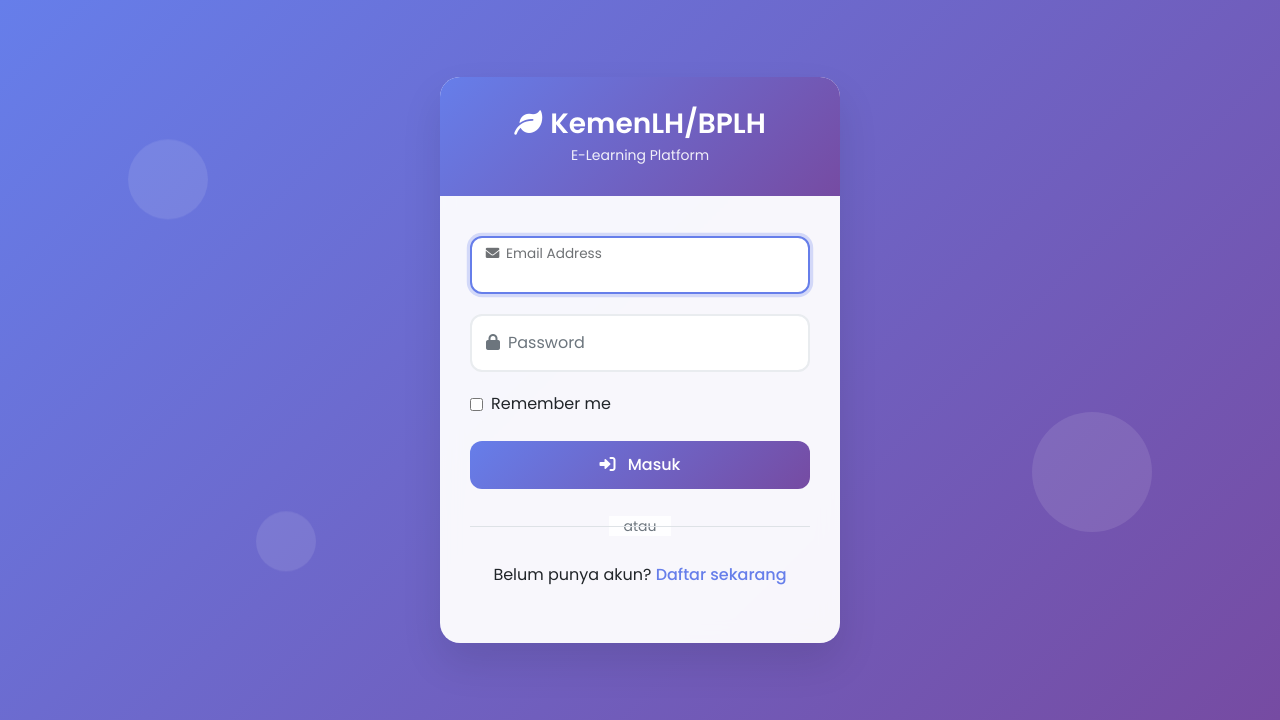
Repository: Autofat/LMS-MOOC
Page: http://localhost/login
These files come from the project's save history. The page is drawn as it stood at one moment and after the next save; the edit follows.
The browser window is 1280 px wide. The pictures show the whole page.
The page is served by the project's Laravel application, run on PHP 8.4 with Laravel 12.

Above is the page before, as saved 2025-08-01 10:02:51.

After the next save:
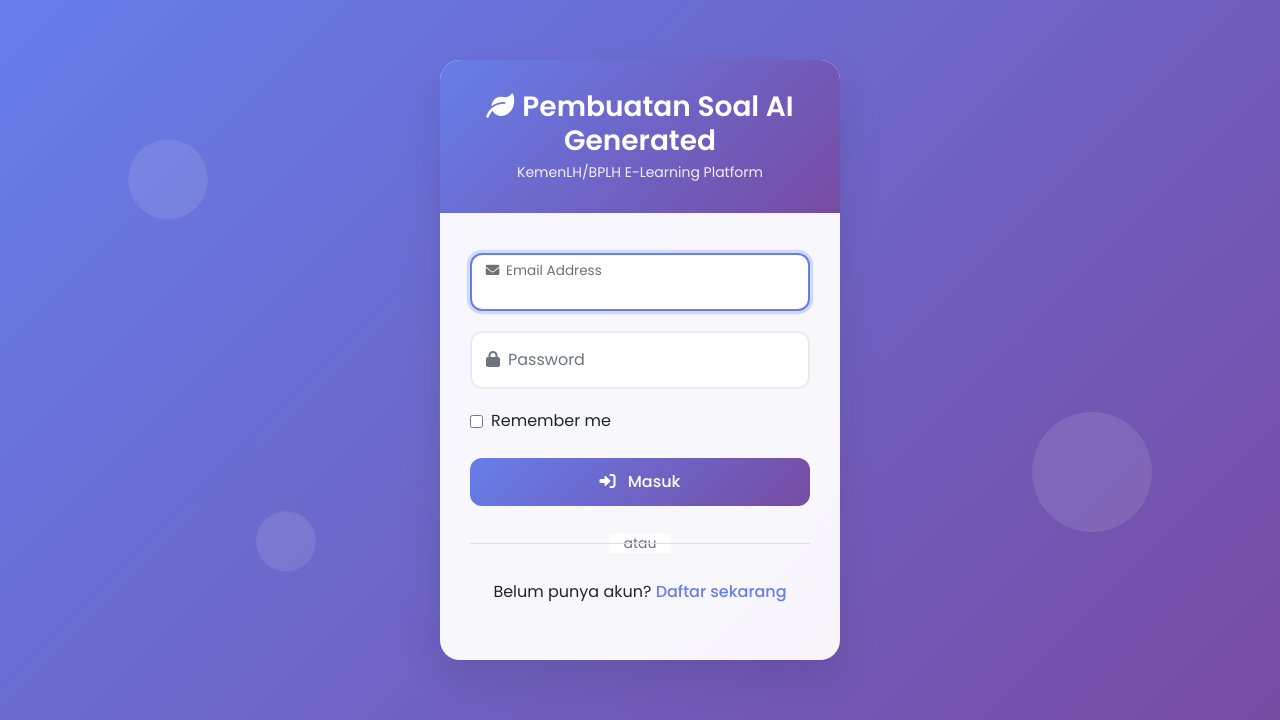
Saved 8 s later.
--- a/resources/views/auth/login.blade.php
+++ b/resources/views/auth/login.blade.php
@@ -255,8 +255,8 @@
         <div class="card login-card">
             <!-- Header -->
             <div class="login-header">
-                <h2><i class="fas fa-leaf me-2"></i>KemenLH/BPLH</h2>
-                <p>E-Learning Platform</p>
+                <h2><i class="fas fa-leaf me-2"></i>Pembuatan Soal AI Generated</h2>
+                <p>KemenLH/BPLH E-Learning Platform</p>
             </div>
 
             <!-- Body -->
